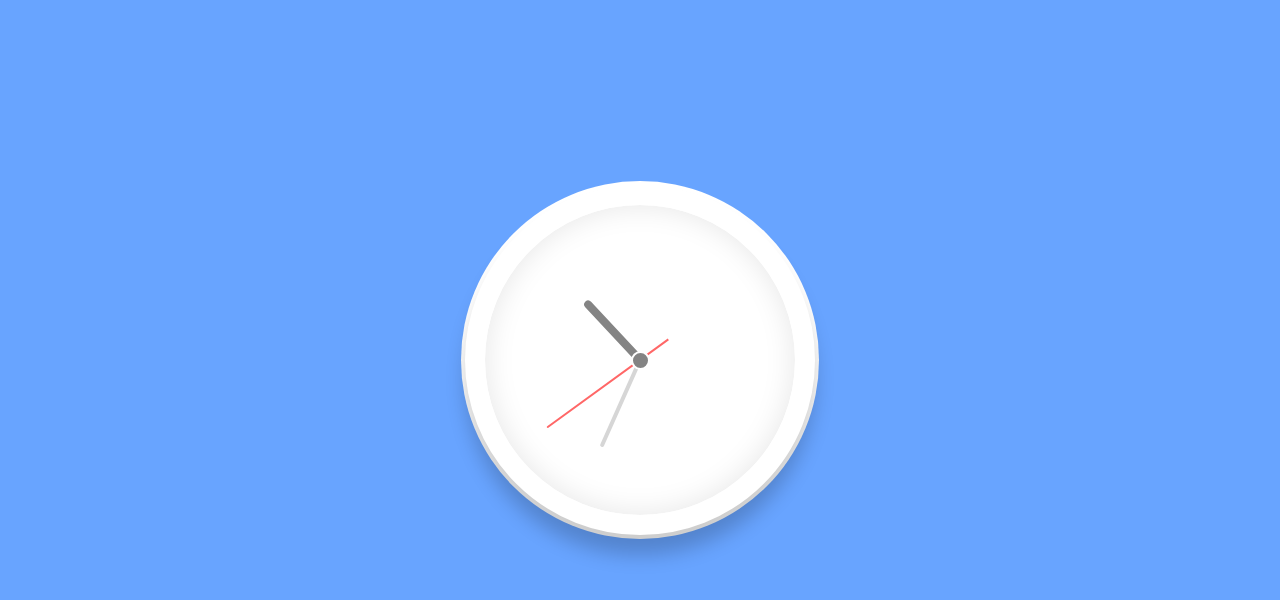
Repository: DaNiels89/analog-clock
Page: index.html
An editor plug-in stored every save of this project. The page is shown before and after the next save, followed by the edit.
The browser window is 1280 px wide. The pictures show the whole page.

Above is the page before, as saved 2020-06-20 11:47:15.

### index.html
<!DOCTYPE html>
<html lang="en">

<head>
    <meta charset="UTF-8">
    <meta name="viewport" content="width=device-width, initial-scale=1.0">
    <title>Analog Clock</title>
    <!-- <link rel="stylesheet" href="css/styles.css"> -->
    <link rel="stylesheet" href="css/lightstyles.css">
</head>

<body>
    <div class="clock">
        <div class="hour">
            <div class="hr" id="hr"></div>
        </div>
        <div class="min">
            <div class="mn" id="mn"></div>
        </div>
        <div class="sec">
            <div class="sc" id="sc"></div>
        </div>
    </div>

    <script src="js/main.js"></script>
</body>

</html>

### css/lightstyles.css
* {
    margin: 0;
    padding: 0;
    box-sizing: border-box;
  }

  body {
    display: flex;
    justify-content: center;
    align-items: center;
    min-height: 100vh;
    background: #68a4ff
  }

  .clock {
    width: 350px;
    height: 350px;
    display: flex;
    justify-content: center;
    align-items: center;
    background: #fff;
    border-radius: 50%;
    border: 20px solid #fff;
    box-shadow: inset 0 0 30px rgba(0,0,0,.1),
                0 20px 20px rgba(0,0,0,.2),
                0 0 0 4px rgba(255,255,255,1);
  }

  .clock::before {
    content: "";
    position: absolute;
    width: 15px;
    height: 15px;
    background: #848484;
    border: 2px solid #fff;
    border-radius: 50%;
    z-index: 10000;
  }

  .clock .hour,
  .clock .min,
  .clock .sec {
    position: absolute;
  }

  .clock .hour, .hr {
    width: 160px;
    height: 160px;
  }

  .clock .min, .mn {
    width: 190px;
    height: 190px;
  }

  .clock .sec, .sc {
    width: 230px;
    height: 230px;
  }

  .hr, .mn, .sc {
    display: flex;
    justify-content: center;
    position: absolute;
    border-radius: 50%;;
  }

  .hr::before {
    content: "";
    position: absolute;
    width: 8px;
    height: 80px;
    background: #848484;
    z-index: 10;
    border-radius: 6px 6px 0 0;
  }

  .mn::before {
    content: "";
    position: absolute;
    width: 4px;
    height: 90px;
    background: #d6d6d6;
    z-index: 11;
    border-radius: 6px 6px 0 0;
  }

  .sc::before {
    content: "";
    position: absolute;
    width: 2px;
    height: 150px;
    background: #ff6767;
    z-index: 12;
    border-radius: 6px 6px 0 0;
  }

### js/main.js
const deg = 6
const hr = document.querySelector("#hr")
const mn = document.querySelector("#mn")
const sc = document.querySelector("#sc")

setInterval(() => {
    let day = new Date()
    let hh = day.getHours() * 30
    let mm = day.getMinutes() * deg
    let ss = day.getSeconds() * deg

    hr.style.transform = `rotateZ(${(hh) + (mm / 12)}deg)`
    mn.style.transform = `rotateZ(${(mm)}deg)`
    sc.style.transform = `rotateZ(${(ss)}deg)`
})

After the next save:
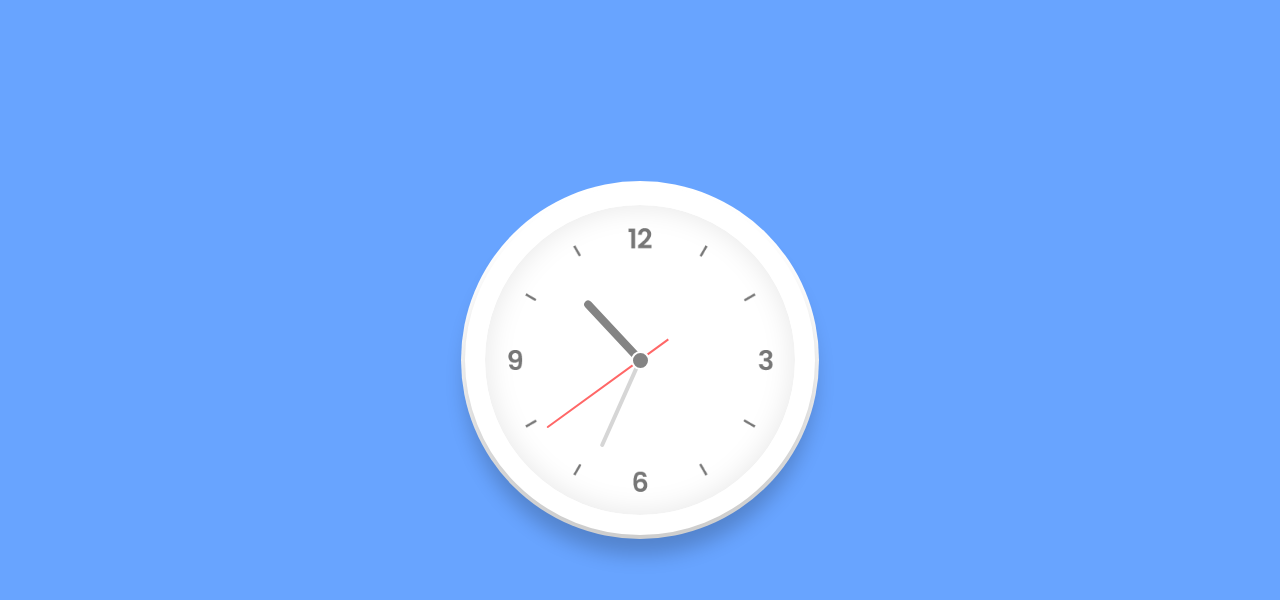
Saved 52 s later.
--- a/css/lightstyles.css
+++ b/css/lightstyles.css
@@ -18,7 +18,8 @@
     display: flex;
     justify-content: center;
     align-items: center;
-    background: #fff;
+    background: #fff url(../img/clock.png);
+    background-size: cover;
     border-radius: 50%;
     border: 20px solid #fff;
     box-shadow: inset 0 0 30px rgba(0,0,0,.1),
